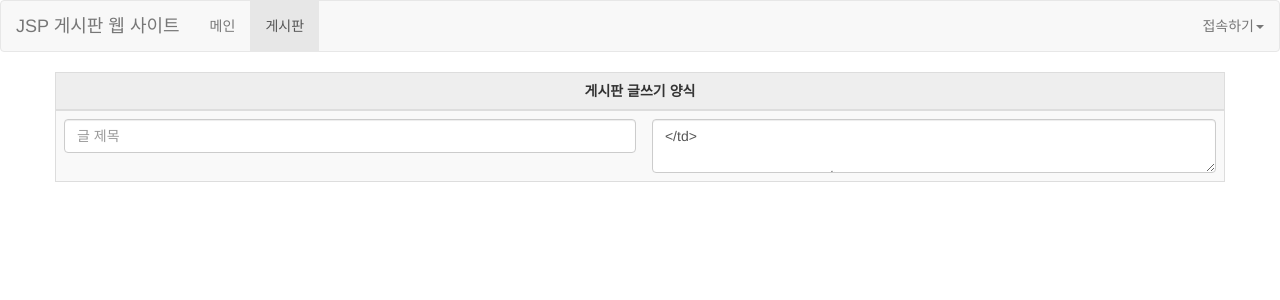
Repository: hseob04/jsp_bbs
Page: http://localhost/BBS/write.jsp
The author's editor kept a copy of each file at every save. The page is drawn from the files as they stood at one save, then again after the next save.
The browser window is 1280 px wide. The pictures show the whole page.
Some web libraries are served in a nearby version. The page is served by Tomcat 9. Other server files are loaded and not shown.

Above is the page before, as saved 2021-03-22 14:51:35.

### JSP/projects/BBS/src/main/webapp/write.jsp
<%@ page language="java" contentType="text/html; charset=UTF-8"
    pageEncoding="UTF-8"%>
<%@ page import="java.io.PrintWriter" %>
<!DOCTYPE html>
<html>
<head>
<meta http-equiv="Content-Type" content="text/html; charset=UTF-8">
<meta name="viewport" content="width=device-width", initail-scale="1">
<link rel="stylesheet" href="css/bootstrap.css">
<title>JSP 게시판 웹 사이트</title>
</head>
<body>
	<%
		String userID = null;
		if(session.getAttribute("userID") != null) {
			userID = (String) session.getAttribute("userID");
		}
	%>
	<nav class="navbar navbar-default">
		<div class="navbar-header">
			<button type="button" class="navbar-toggle collapsed"
				data-toggle="collapse" data-target="#bs-example-navbar-collapse-1"
				aria-expanded="false">
				<span class="icon-bar"></span>
				<span class="icon-bar"></span>
				<span class="icon-bar"></span>
			</button>
			<a class="navbar-brand" href="main.jsp">JSP 게시판 웹 사이트</a>
		</div>
		<div class="collapse navbar-collapse" id="bs-example-navbar-collapse-1">
			<ul class="nav navbar-nav">
				<li><a href="main.jsp">메인</a></li>
				<li class="active"><a href="bbs.jsp">게시판</a></li>
			</ul>
			<%
				if(userID == null){
					%>

					<ul class="nav navbar-nav navbar-right">
				<li class="dropdown">
					<a href="#" class="dropdown-toggle"
						data-toggle="dropdown" role="button" aria-haspopup="true"
						aria-expanded="false">접속하기<span class="caret"></span></a>
					<ul class="dropdown-menu">
						<li><a href="login.jsp">로그인</a></li>
						<li><a href="join.jsp">회원가입</a></li>
					</ul>
				</li>
			</ul>


			<%
				}else {

			%>

			<ul class="nav navbar-nav navbar-right">
				<li class="dropdown">
					<a href="#" class="dropdown-toggle"
						data-toggle="dropdown" role="button" aria-haspopup="true"
						aria-expanded="false">회원관리<span class="caret"></span></a>
					<ul class="dropdown-menu">
						<li><a href="logoutAction.jsp">로그아웃</a></li>
					</ul>
				</li>
			</ul>



			<%

				}
			%>
		</div>
	</nav>
	<div class="container">
		<div class="row">
			<table class="table table-striped" style="text-align: center; border: 1px solid #dddddd">
				<thead>
					<tr>
						<th colspan="2" style="background-color: #eeeeee; text-align: center;">게시판 글쓰기 양식</th>
					</tr>
				</thead>
				<tbody>
					<tr>
						<td><input type="text" class="form-control" placeholder="글 제목" name="bbsTitle" maxlength="50"></td>
						<td><textarea type="text" class="form-control" placeholder="글 제목" name="bbsTitle" maxlength="50"></td>

					</tr>
				</tbody>
			</table>
			<a href="write.jsp" class="btn btn-primary pull-right">글쓰기</a>
		</div>
	</div>
	<script src="https://code.jquery.com/jquery-3.1.1.min.js"></script>
	<script src="js/bootstrap.js"></script>
</body>
</html>

Loaded but not shown: JSP/projects/BBS/src/main/webapp/css/bootstrap.css (library); JSP/projects/BBS/src/main/webapp/js/bootstrap.js (library)

After the next save:
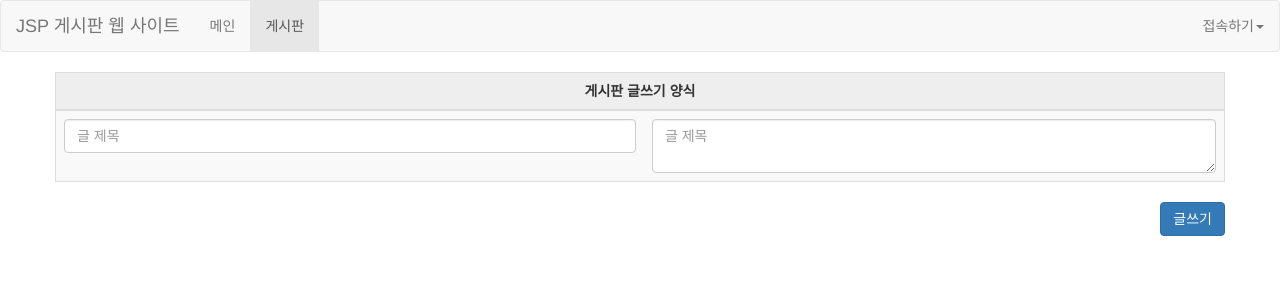
Saved 19 s later.
--- a/JSP/projects/BBS/src/main/webapp/write.jsp
+++ b/JSP/projects/BBS/src/main/webapp/write.jsp
@@ -84,7 +84,7 @@
 				<tbody>
 					<tr>
 						<td><input type="text" class="form-control" placeholder="글 제목" name="bbsTitle" maxlength="50"></td>
-						<td><textarea type="text" class="form-control" placeholder="글 제목" name="bbsTitle" maxlength="50"></td>
+						<td><textarea type="text" class="form-control" placeholder="글 제목" name="bbsTitle" maxlength="50"></textarea></td>
 
 					</tr>
 				</tbody>
